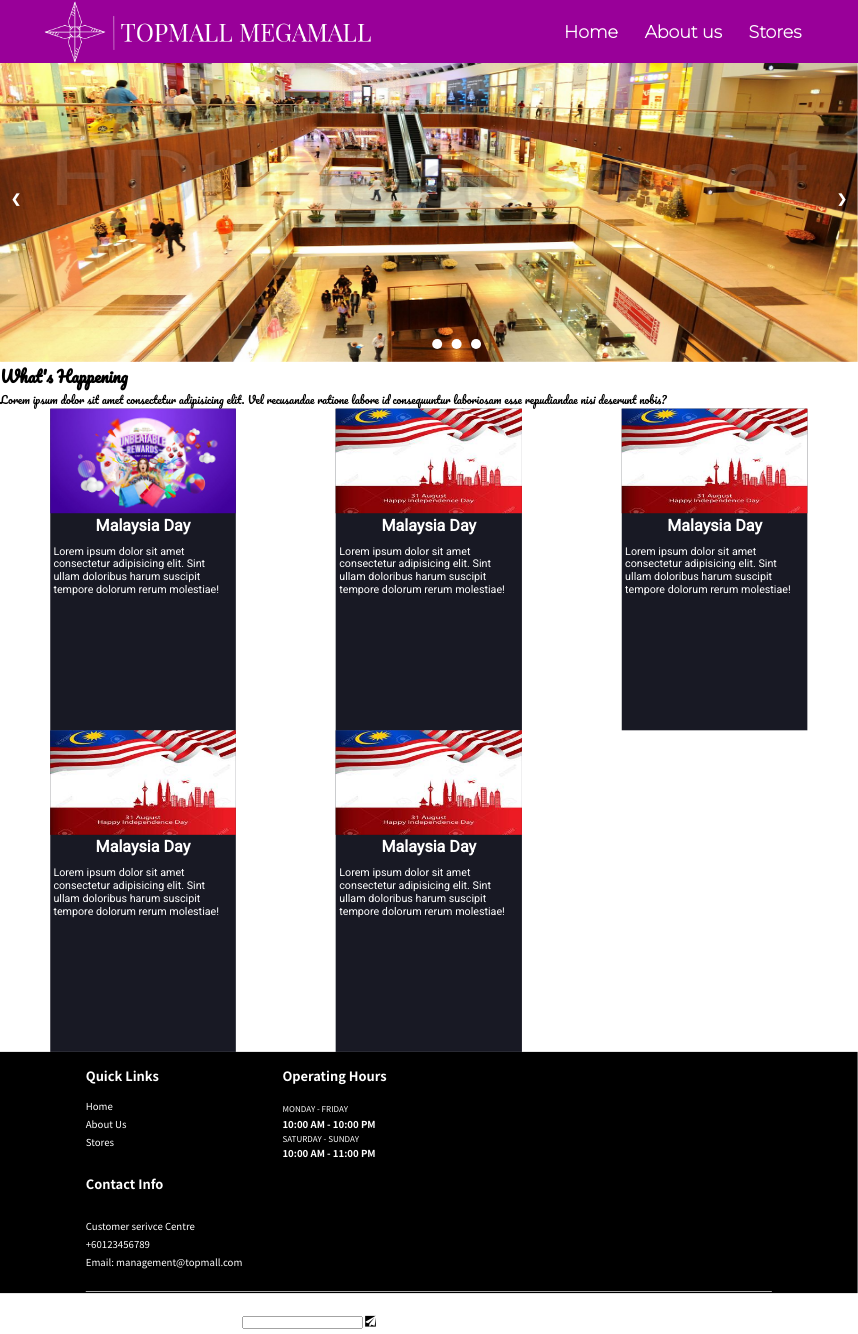
Repository: Jack0Bong/Web-Dev-Assignment
Page: index.html
These files come from the project's save history. The page is drawn as it stood at one moment and after the next save; the edit follows.
The browser window is 1280 px wide. The pictures show the whole page, at 67% of full size.

Above is the page before, as saved 2021-09-02 01:54:08.

After the next save:
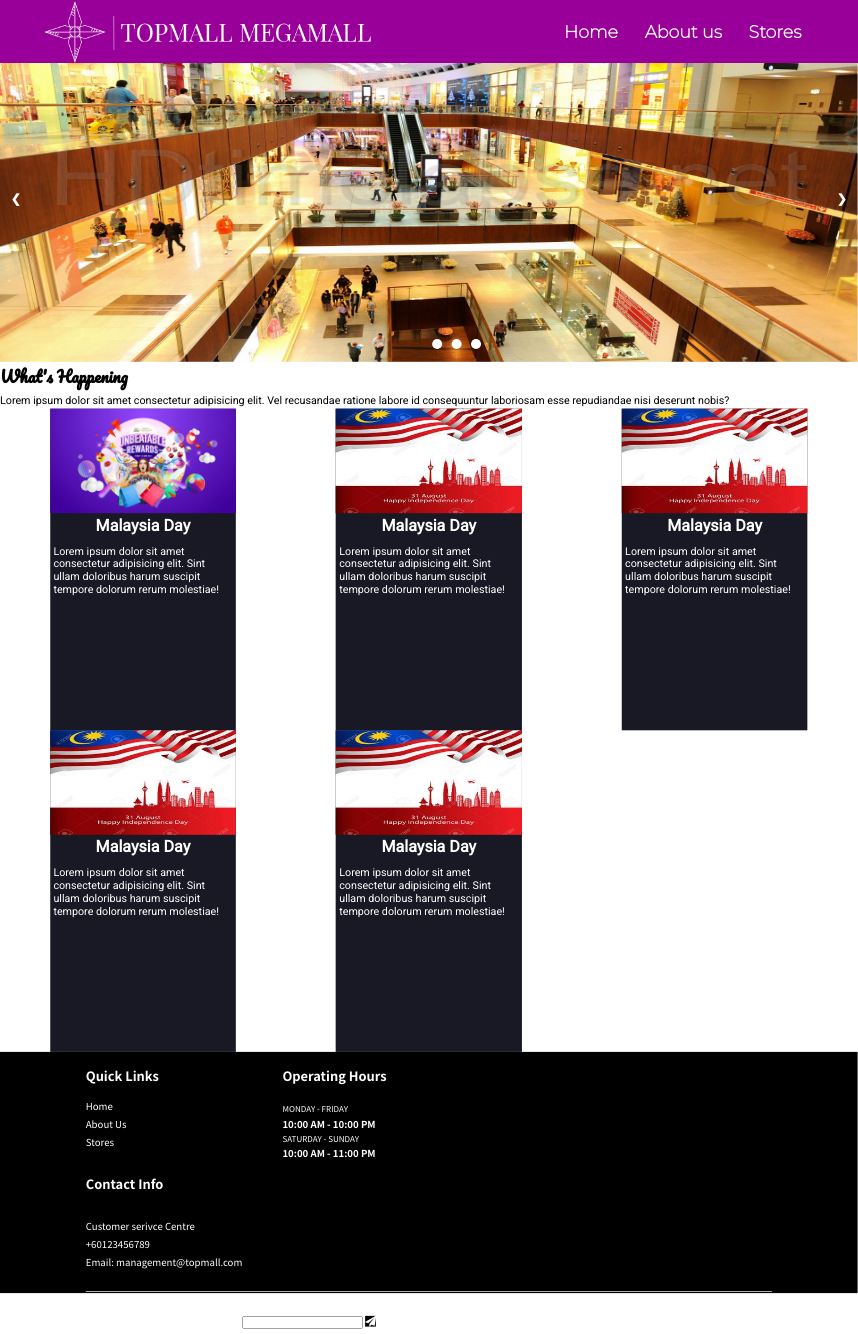
Saved 6 s later.
--- a/css/index.css
+++ b/css/index.css
@@ -90,7 +90,7 @@ to {opacity: 1}
 }
 
 .event-title span{
-
+    font-family: roboto;
 }
 
 .card-view{
